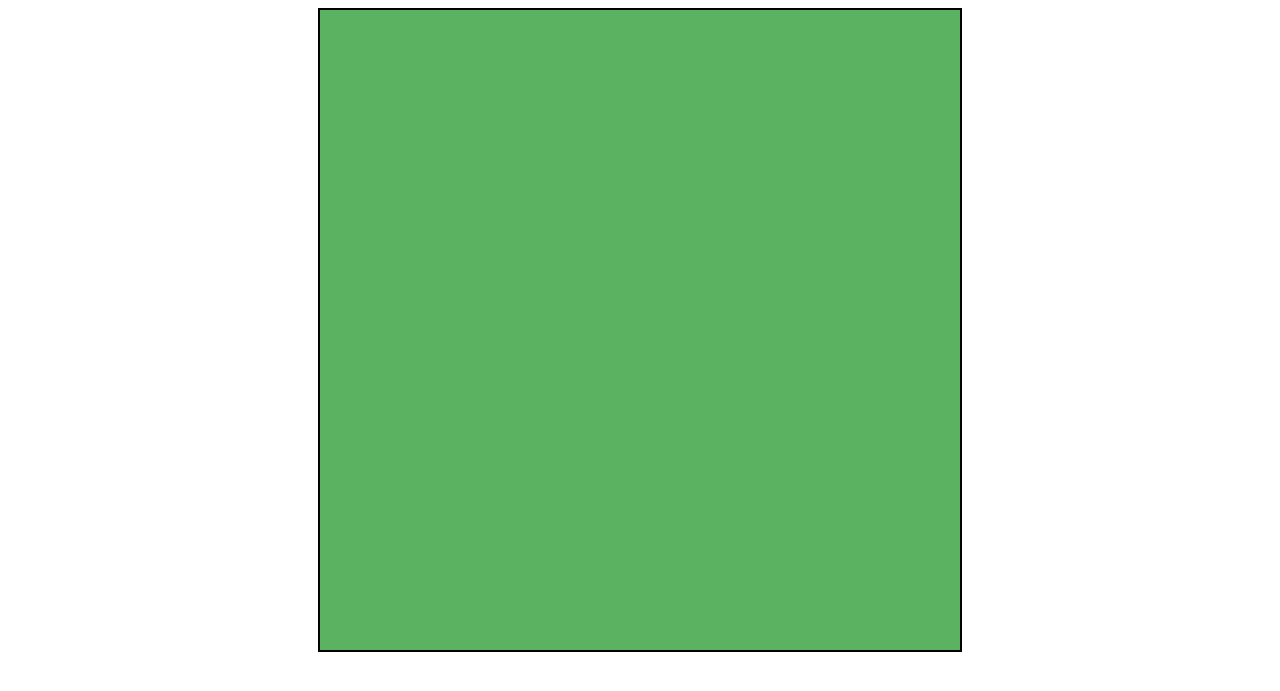
Repository: sezna/gamestuff
Page: http://localhost/
The author's editor kept a record of every edit. The page is drawn from the files as they stood at one moment, then again after the next edit.
The browser window is 1280 px wide. The pictures show the whole page.
The page is run by PHP 8.4 with error messages shown; the project is at /var/www/html/.

Above is the page before.

### workspace/index.php
<html>
<head>

</head>

<body>

<center>
<canvas id="canvas" width="640" height="640"
		style="border:2px solid #000000;"></canvas>
</center>

</body>

<script>

      var canvas = document.getElementById("canvas");
      var ctx = canvas.getContext("2d");

      ctx.fillStyle = "#5bb261";

      ctx.fillRect(0, 0, 640, 640);

</script>


</html>

### workspace/canvas.js
 var canvas = document.getElementById("canvas");
      var ctx = canvas.getContext("2d");

      ctx.fillStyle = "#ffb261";

      ctx.fillRect(0, 0, 640, 640);

After the next edit:
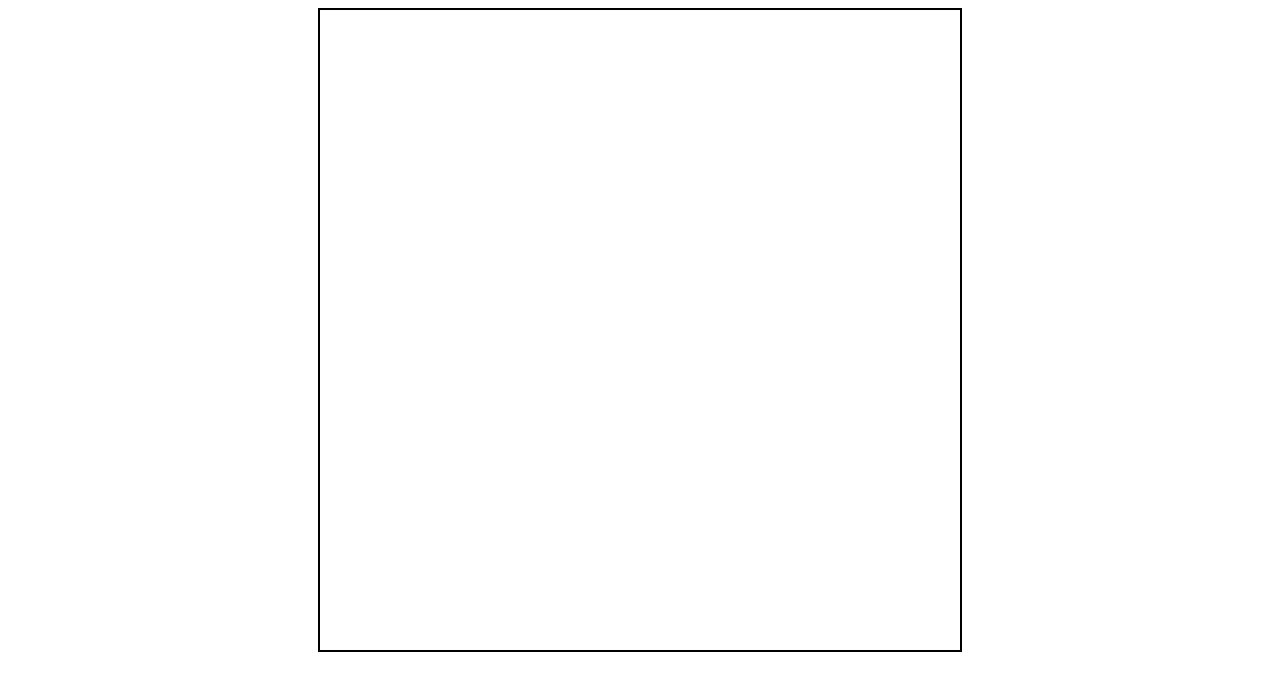
Not found: workspace/game.js
The edit:
--- a/workspace/index.php
+++ b/workspace/index.php
@@ -12,7 +12,7 @@
 
 </body>
 
-<script>
+<script src="./game.js">
 
       var canvas = document.getElementById("canvas");
       var ctx = canvas.getContext("2d");

After the edit that followed:
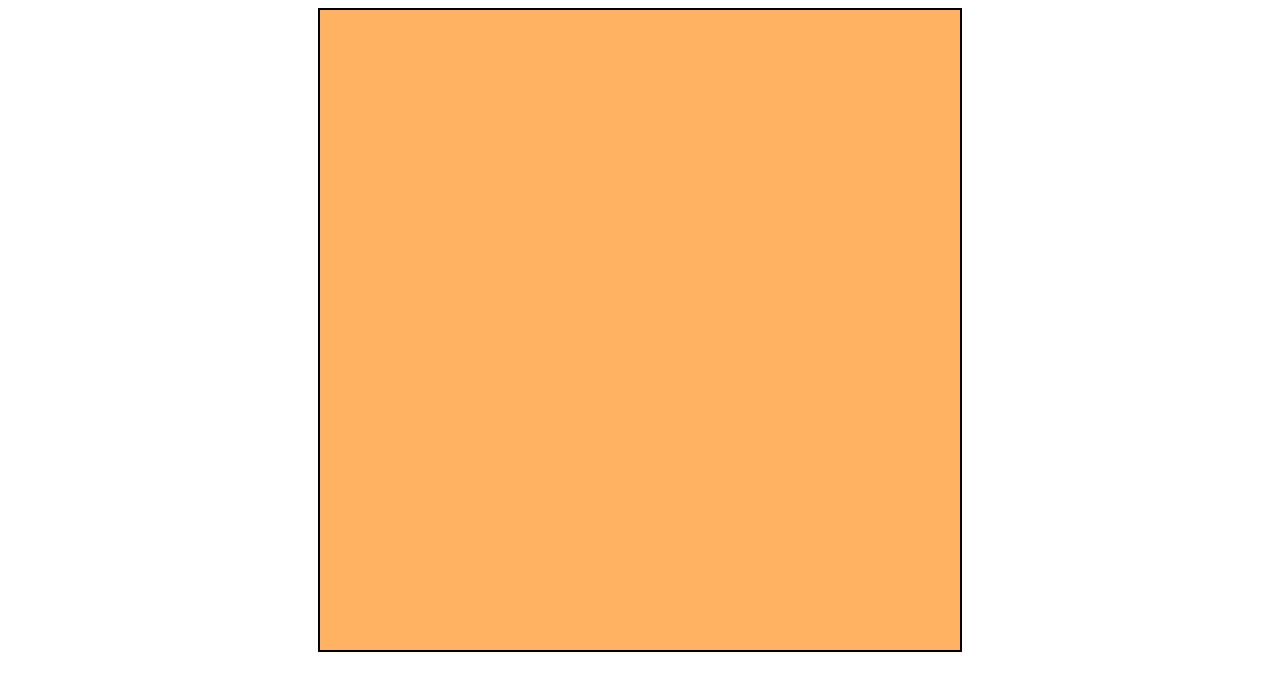
The edit:
--- a/workspace/index.php
+++ b/workspace/index.php
@@ -12,16 +12,7 @@
 
 </body>
 
-<script src="./game.js">
-
-      var canvas = document.getElementById("canvas");
-      var ctx = canvas.getContext("2d");
-
-      ctx.fillStyle = "#5bb261";
-
-      ctx.fillRect(0, 0, 640, 640);
-
-</script>
+<script src="canvas.js"></script>
 
 
 </html>
